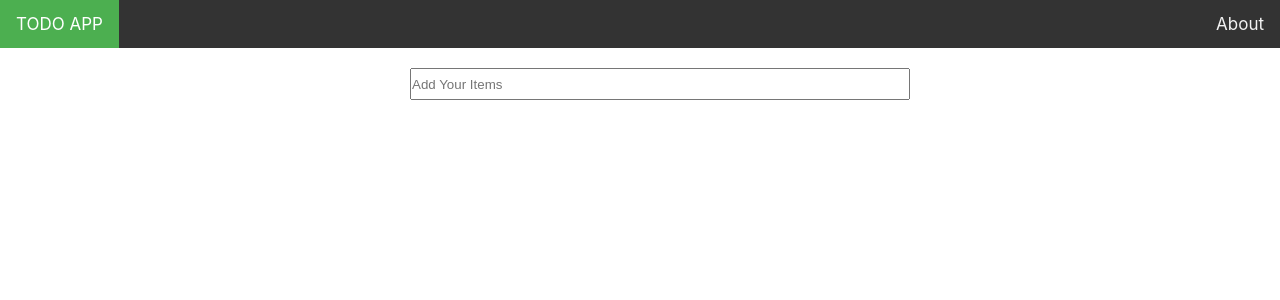
Repository: hoangphuong965/myTodoList
Page: /
The author's editor kept a copy of each file at every save. The page is drawn from the files as they stood at one save, then again after the next save.
The browser window is 1280 px wide. The pictures show the whole page.
The project was rebuilt for these pictures with package versions that can differ from the ones it lists, and the page was loaded fresh each time.

Above is the page before, as saved 2020-06-01 09:39:11.

After the next save:
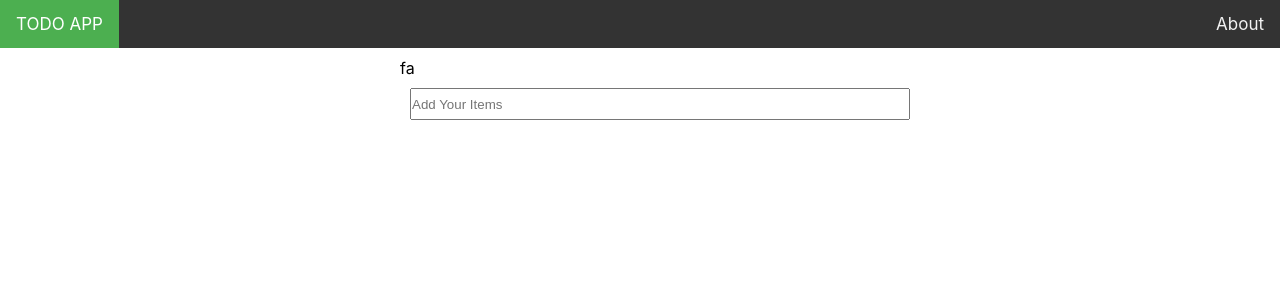
Saved 5 s later.
--- a/src/components/TodoInput.js
+++ b/src/components/TodoInput.js
@@ -6,7 +6,7 @@ export default class TodoInput extends Component {
       <div className="input">
         <form className="form">
             <span>
-
+                fa
             </span>
             <input type="text" className="input" placeholder="Add Your Items" />
         </form>
